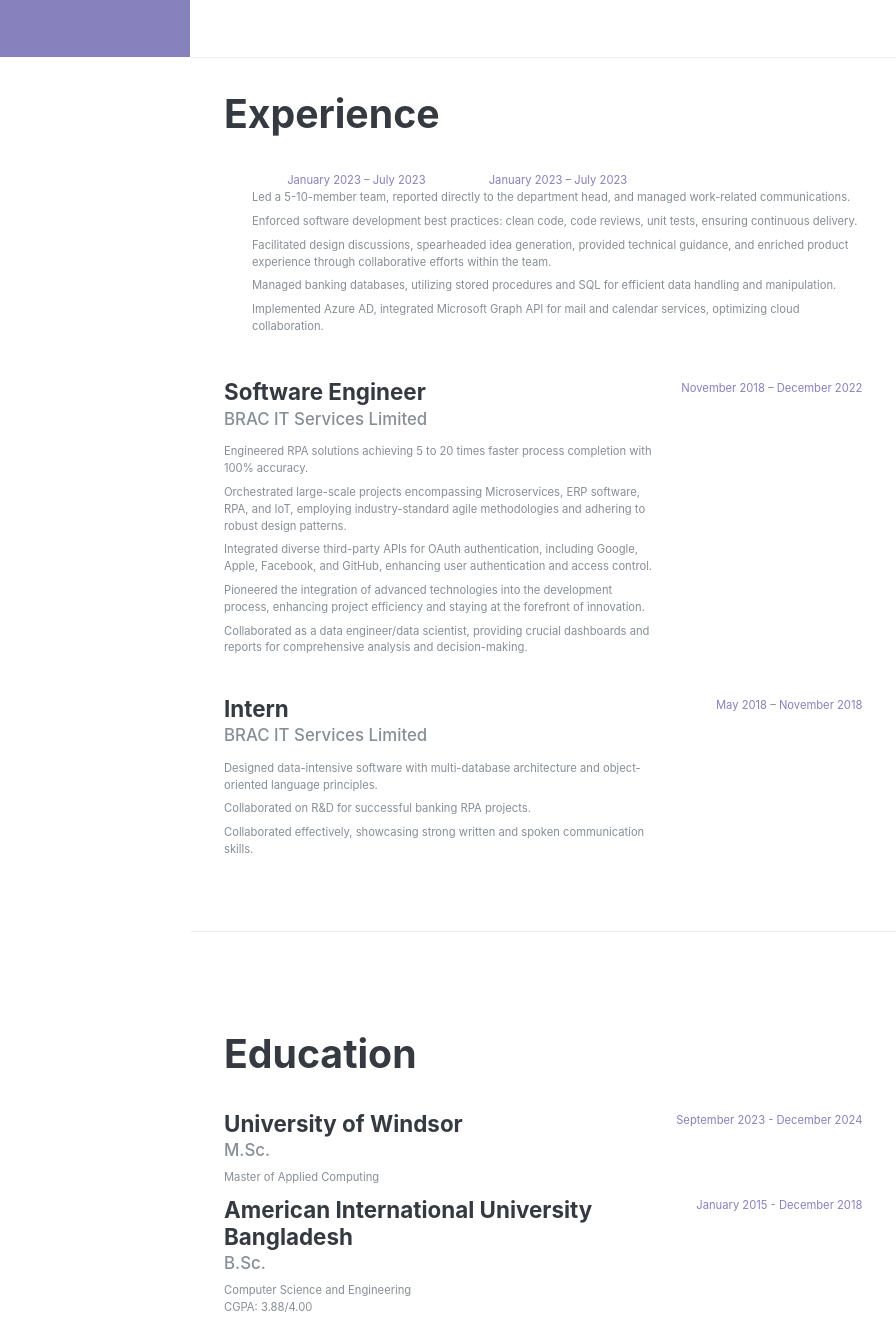
Repository: xahin96/xahin96.github.io
Page: index.html
An editor plug-in stored every save of this project. The page is shown before and after the next save, followed by the edit.
The browser window is 1280 px wide. The pictures show the part of the page from y = 639 to 2559 px (the page is 5427 px tall before and 5517 px after), at 70% of full size.
Some web fonts or font styles are not loaded; a fallback is used.

Above is the page before, as saved 2024-04-27 12:28:24.

After the next save:
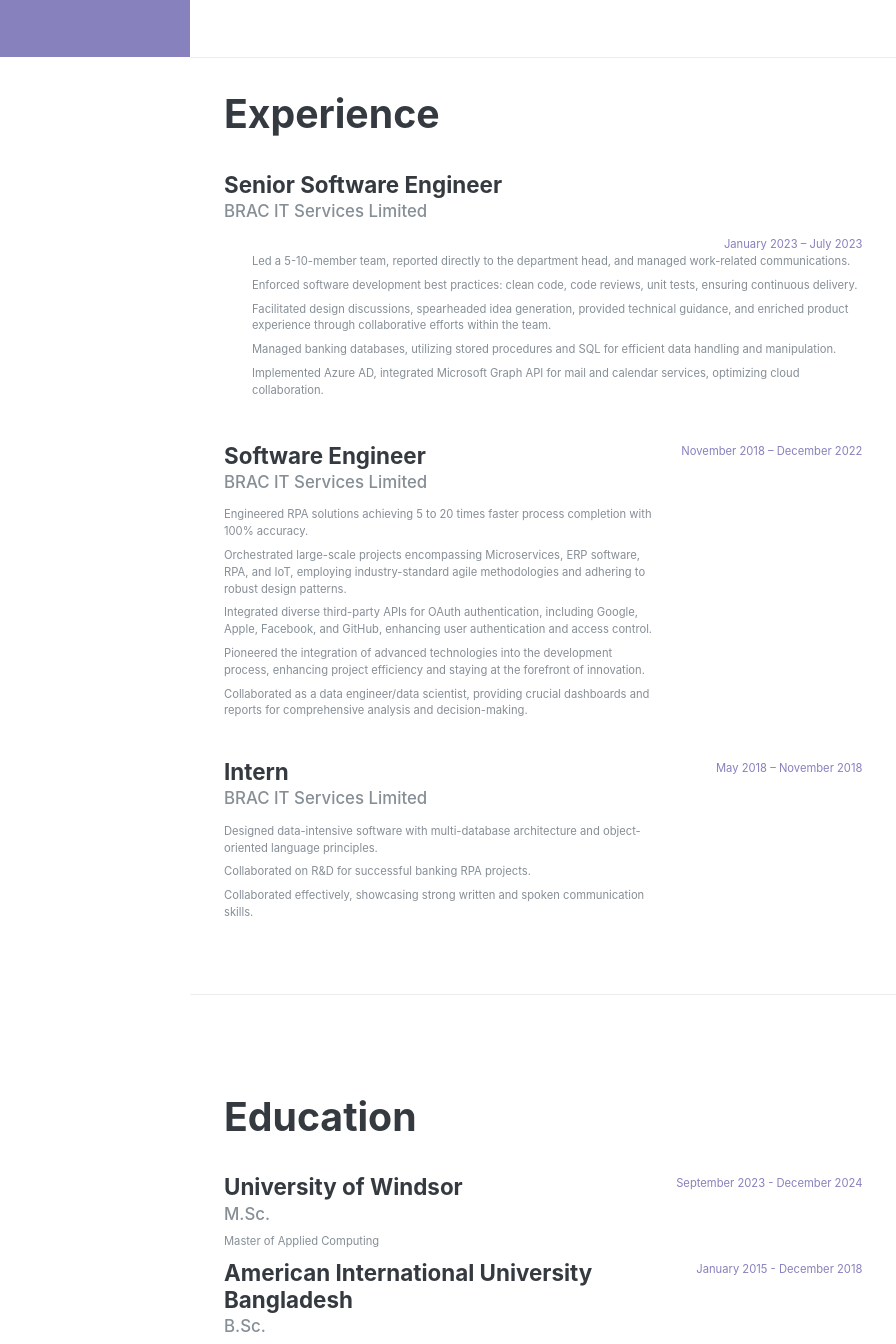
Saved 25 s later.
--- a/index.html
+++ b/index.html
@@ -103,14 +103,16 @@
 
         <div class="resume-item d-flex flex-column flex-md-row justify-content-between mb-5">
           <div class="resume-content">
-            <div class="flex">
+            <div>
+              <div>
+                <h3 class="mb-0">Senior Software Engineer</h3>
+                <div class="subheading mb-3">BRAC IT Services Limited</div>
+              </div>
               <div class="resume-date text-md-right">
                 <span class="text-primary">January 2023 – July 2023</span>
               </div>
-              <div class="resume-date text-md-right">
-                <span class="text-primary">January 2023 – July 2023</span>
-              </div>
-            </div>
+            </div>
+
             <ul>
               <li>Led a 5-10-member team, reported directly to the department head, and managed work-related communications.</li>
               <li>Enforced software development best practices: clean code, code reviews, unit tests, ensuring continuous delivery.</li>
